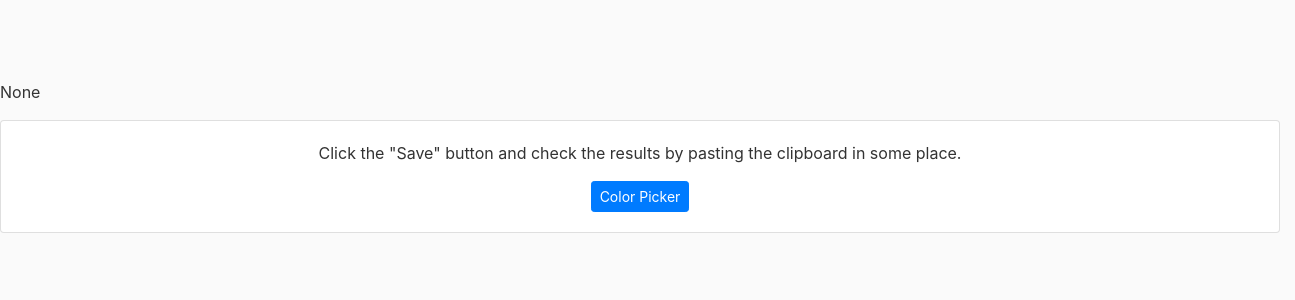
Repository: khanhdk0000/first_proj
Page: http://localhost/about
These files come from the project's save history. The page is drawn as it stood at one moment and after the next save; the edit follows.
The browser window is 1280 px wide. The page is 1280 px wide, then 1295 px, so the pictures cover 1295 px, including what lies to the right of the window. The pictures show the whole page.
Some web libraries are served in a nearby version. The page is served by the project's application, run on Flask 3 (flaskblog.py).

Above is the page before, as saved 2021-05-25 11:29:14.

After the next save:
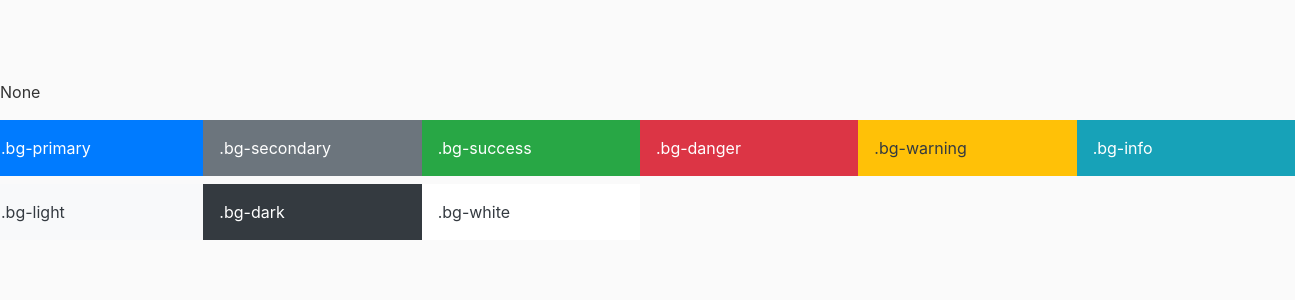
Saved 6 min 49 s later.
--- a/templates/about.html
+++ b/templates/about.html
@@ -1,9 +1,14 @@
 {% extends "layout.html" %} {% block content %}
 <p>{{ var}}</p>
-<div class="card">
-    <div class="card-body text-center d-flex justify-content-center align-items-center flex-column">
-      <p>Click the "Save" button and check the results by pasting the clipboard in some place.</p>
-      <button id="color-picker-5" class="btn btn-primary btn-sm">Color Picker</button>
+<div class="row">
+    <div class="col-2 p-3 mb-2 bg-primary text-white">.bg-primary</div>
+    <div class="col-2 p-3 mb-2 bg-secondary text-white">.bg-secondary</div>
+    <div class="col-2 p-3 mb-2 bg-success text-white">.bg-success</div>
+    <div class="col-2 p-3 mb-2 bg-danger text-white">.bg-danger</div>
+    <div class="col-2 p-3 mb-2 bg-warning text-dark">.bg-warning</div>
+    <div class="col-2 p-3 mb-2 bg-info text-white">.bg-info</div>
+    <div class="col-2 p-3 mb-2 bg-light text-dark">.bg-light</div>
+    <div class="col-2 p-3 mb-2 bg-dark text-white">.bg-dark</div>
+    <div class="col-2 p-3 mb-2 bg-white text-dark">.bg-white</div>
     </div>
-  </div>
 {% endblock content %}
